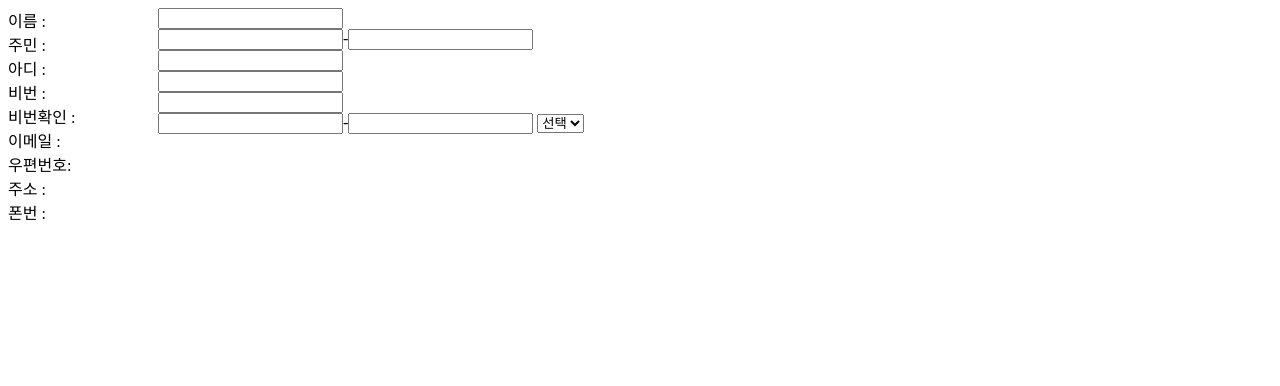
Repository: supremehappy/JSP_test02
Page: http://localhost/JSP_Test/JSP_Test_02.jsp
An editor plug-in stored every save of this project. The page is shown before and after the next save, followed by the edit.
The browser window is 1280 px wide. The pictures show the whole page.
The page is served by Tomcat 9.

Above is the page before, as saved 2017-07-14 06:31:54.

### JSP_Test/WebContent/JSP_Test_02.jsp
<%@ page language="java" contentType="text/html; charset=UTF-8"
    pageEncoding="UTF-8"%>
<!DOCTYPE html PUBLIC "-//W3C//DTD HTML 4.01 Transitional//EN" "http://www.w3.org/TR/html4/loose.dtd">
<html>
<head>
<meta http-equiv="Content-Type" content="text/html; charset=UTF-8">
<title>Insert title here</title>
<style type="text/css">
	.t1{
		width:150px;
		float:left;
	}
</style>
</head>
<body>
	<div class="t1">
		<label>이름 : </label><br>
		<label>주민 : </label><br>
		<label>아디 : </label><br>
		<label>비번 : </label><br>
		<label>비번확인 : </label><br>
		<label>이메일 : </label><br>
		<label>우편번호: </label><br>
		<label>주소 : </label><br>
		<label>폰번 : </label><br>
	</div>
	<div>
		<input type="text" name="name"><br>
		<input type="text" name="jumin">-<input type="password" name="jumin2"><br>
		<input type="text" name="id"><br>
		<input type="password" name="pw"><br>
		<input type="password" name="pw2"><br>
		<input type="text" name="mail">-<input type="text" name="mail2">
		<select size="1">
			<option value="">선택</option>
			<option value="">선택</option>
			<option value="">선택</option>
			<option value="">선택</option>
		</select>
		<br>
	</div>
</body>
</html>

After the next save:
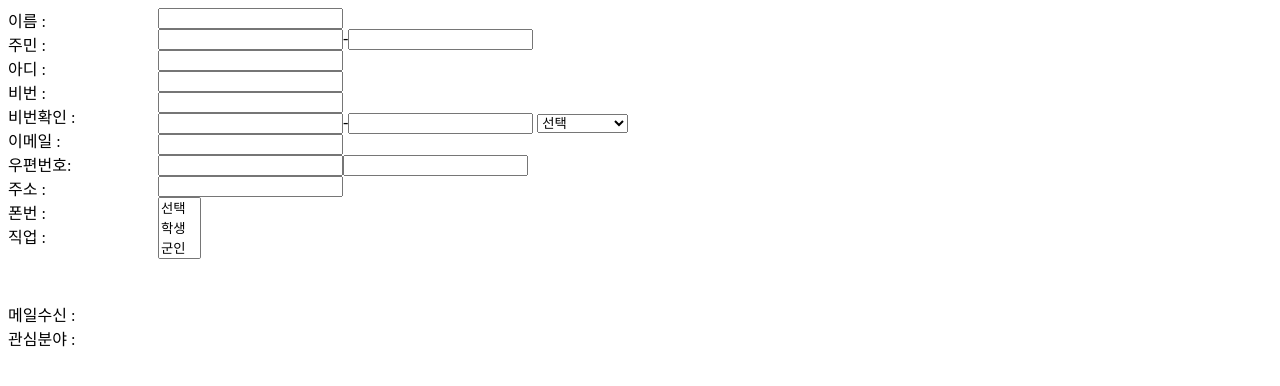
Saved 5 min 52 s later.
--- a/JSP_Test/WebContent/JSP_Test_02.jsp
+++ b/JSP_Test/WebContent/JSP_Test_02.jsp
@@ -23,6 +23,9 @@
 		<label>우편번호: </label><br>
 		<label>주소 : </label><br>
 		<label>폰번 : </label><br>
+		<label>직업 : </label><br><br><br><br>
+		<label>메일수신 : </label><br>
+		<label>관심분야 : </label><br>
 	</div>
 	<div>
 		<input type="text" name="name"><br>
@@ -31,13 +34,28 @@
 		<input type="password" name="pw"><br>
 		<input type="password" name="pw2"><br>
 		<input type="text" name="mail">-<input type="text" name="mail2">
-		<select size="1">
+		<select name="mail3" size="1">
 			<option value="">선택</option>
-			<option value="">선택</option>
-			<option value="">선택</option>
-			<option value="">선택</option>
+			<option value="네이버">naver.com</option>
+			<option value="다음">daum.net</option>
+			<option value="구글">google.com</option>
 		</select>
 		<br>
+		<input type="text" name="post"><br>
+		<input type="text" name="addr"><input type="text" name="addr2"><br>
+		<input type="text" name="phone"><br>
+		<select name="job" size="3">
+			<option value="">선택</option>
+			<option value="학생">학생</option>
+			<option value="군인">군인</option>
+			<option value="언론">언론</option>
+			<option value="공무원">공무원</option>
+			<option value="유통업">유통업</option>
+			<option value="제조업">제조업</option>
+			<option value="운수업">운수업</option>
+			<option value="개발자">개발자</option>
+			<option value="자영업">자영업</option>
+		</select>
 	</div>
 </body>
 </html>
